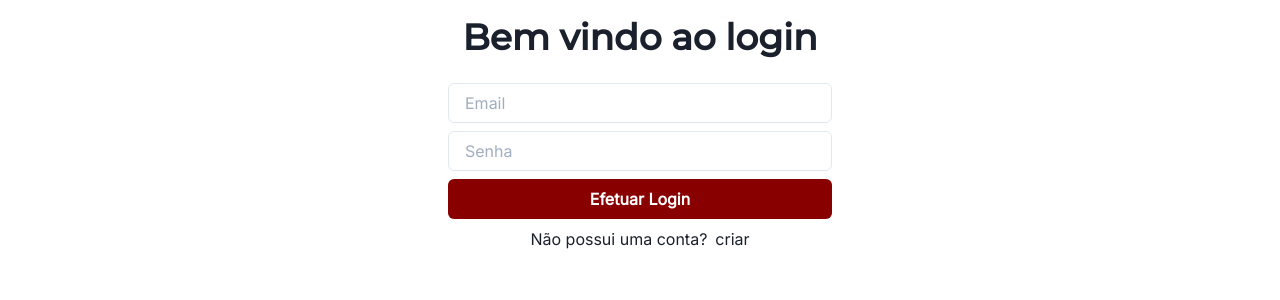
Repository: thislucasme/front-end-cats-react.js
Page: /login
An editor plug-in stored every save of this project. The page is shown before and after the next save, followed by the edit.
The browser window is 1280 px wide. The pictures show the whole page.
Some web fonts or font styles are not loaded; a fallback is used. The project was rebuilt for these pictures with package versions that can differ from the ones it lists, and the page was loaded fresh each time. Also part of the build but not shown: src/components/lista.gatos.tsx, src/hooks/useUserGato.ts, src/components/menu.tsx, src/hooks/useGatos.ts, src/components/BuscaGatos.tsx, src/components/CadastroUsuarioGato.tsx, src/components/CadastroGatos.tsx.

Above is the page before, as saved 2021-11-01 14:28:50.

After the next save:
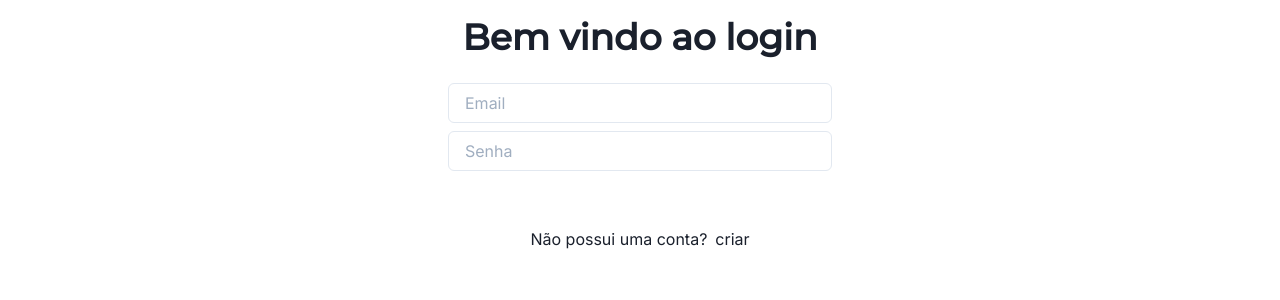
Saved 25 s later.
--- a/src/theme/theme.ts
+++ b/src/theme/theme.ts
@@ -2,7 +2,7 @@ import { extendTheme, theme as base } from '@chakra-ui/react';
 
 const theme = extendTheme({
 	colors: {
-		brand: {
+		vermelho: {
 			50: '#e60000',
 			100: '#cc0000',
 			200: '#b30000',

After the save that followed:
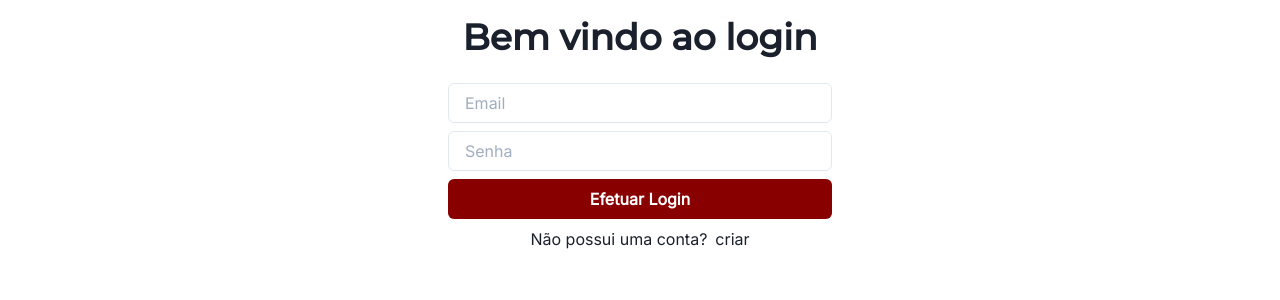
Saved 5 s later.
--- a/src/components/Login.tsx
+++ b/src/components/Login.tsx
@@ -36,7 +36,7 @@ export const Login = () => {
 					<Heading my={4}>Bem vindo ao login</Heading>
 					<Input value={email} onChange={(e) => { setEmail(e.target.value) }} placeholder="Email" />
 					<Input value={senha} placeholder="Senha" onChange={(e) => setSenha(e.target.value)} type={"password"} />
-					<Button colorScheme="brand" onClick={() => { handleLogin() }} w="full">Efetuar Login</Button>
+					<Button colorScheme="vermelho" onClick={() => { handleLogin() }} w="full">Efetuar Login</Button>
 					<HStack><Text>Não possui uma conta? </Text><Link onClick={() => { openLink('/cadastro/user') }}>criar</Link></HStack>
 				</VStack>
 			</VStack>
